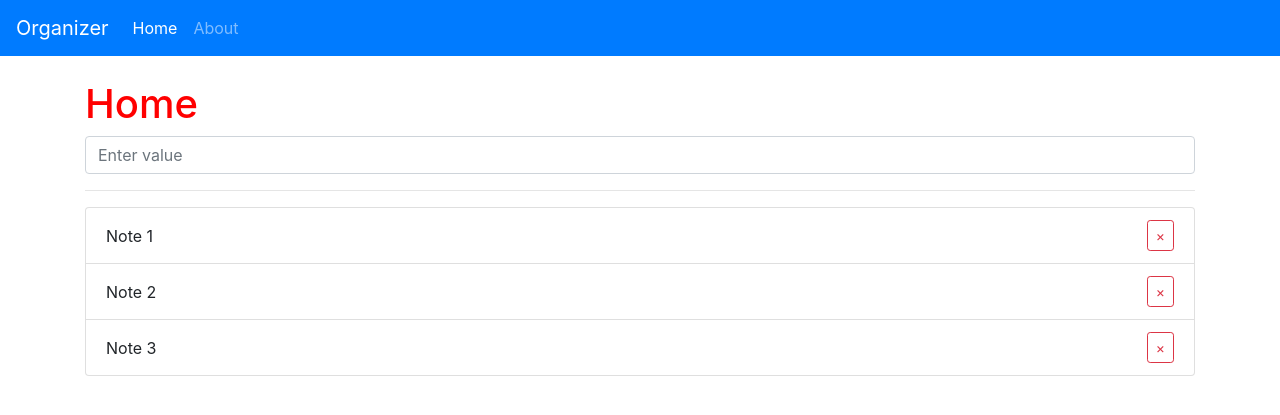
Repository: GregorPiev/orginizer-react-advanced
Page: /
These files come from the project's save history. The page is drawn as it stood at one moment and after the next save; the edit follows.
The browser window is 1280 px wide. The pictures show the whole page.
The project was rebuilt for these pictures with package versions that can differ from the ones it lists, and the page was loaded fresh each time. Also part of the build but not shown: src/pages/About/About.scss, src/pages/About/About.js.

Above is the page before, as saved 2020-08-24 11:31:42.

After the next save:
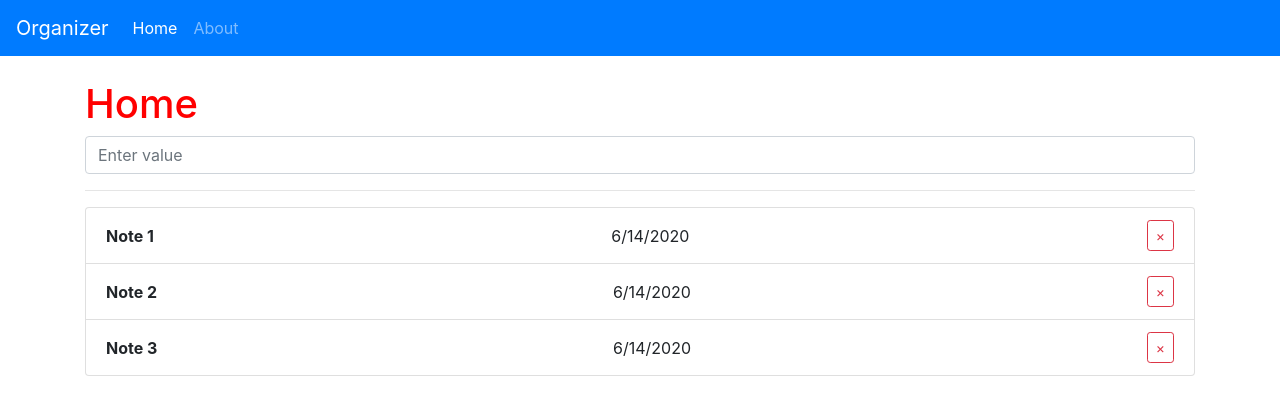
Saved 68 s later.
--- a/src/components/Notes.js
+++ b/src/components/Notes.js
@@ -9,7 +9,8 @@ export const Notes = ({ notes }) => {
                 <li
                     key={note.id}
                     className="list-group-item note">
-                    {note.title}
+                    <strong>{note.title}</strong>
+                    <span>{new Date().toLocaleDateString()}</span>
 
                     <button type="button" className="btn btn-outline-danger btn-sm">&times;</button>
                 </li>
